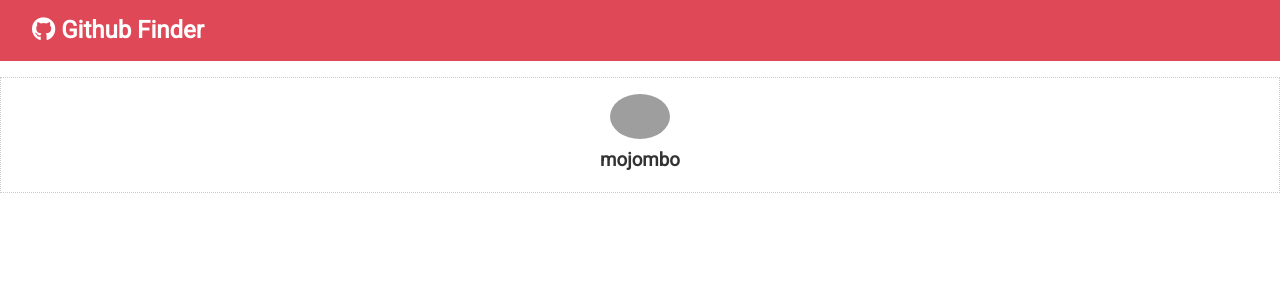
Repository: bafode/github-finder
Page: /
An editor plug-in stored every save of this project. The page is shown before and after the next save, followed by the edit.
The browser window is 1280 px wide. The pictures show the whole page.
Pictures or frames that could not be fetched are drawn as grey boxes. Some web libraries are served in a nearby version. The project was rebuilt for these pictures with package versions that can differ from the ones it lists, and the page was loaded fresh each time.

Above is the page before, as saved 2023-06-16 16:53:03.

### public/index.html
<!DOCTYPE html>
<html lang="en">
  <head>
    <meta charset="utf-8" />
    <link rel="shortcut icon" href="%PUBLIC_URL%/favicon.ico" />
    <meta name="viewport" content="width=device-width, initial-scale=1" />
    <meta name="theme-color" content="#000000" />
    <link rel="manifest" href="%PUBLIC_URL%/manifest.json" />
    <link
      rel="stylesheet"
      href="https://use.fontawesome.com/releases/v5.8.2/css/all.css"
      integrity="sha384-oS3vJWv+0UjzBfQzYUhtDYW+Pj2yciDJxpsK1OYPAYjqT085Qq/1cq5FLXAZQ7Ay"
      crossorigin="anonymous"
    />

    <title>Github Finder</title>
  </head>
  <body>
    <noscript>You need to enable JavaScript to run this app.</noscript>
    <div id="root"></div>
  </body>
</html>

### src/App.js
import React,{Component} from 'react';
import './App.css';
import Navbar from './components/layout/Navbar'
import UserItem from './components/users/UserItem'

class App extends Component {
  render() {

    return (
      <div className="App">
        <Navbar />
        <UserItem/>
      </div>
    );
  }
}

export default App;

### src/components/layout/Navbar.js
import React, { Component } from 'react'
import PropTypes from 'prop-types'

class Navbar extends Component {

    static defaultProps = {
        title: 'Github Finder',
        icon:'fab fa-github'
    }

    static propTypes = {
        title: PropTypes.string.isRequired,
        icon:PropTypes.string.isRequired
    }

    render() {
    const{icon,title}=this.props
    return (
        <nav className='navbar bg-primary'>
            <h1>
                <i className={icon}></i> {title}
            </h1>
      </nav>
    )
  }
}


export default Navbar

### src/components/users/UserItem.js
import React, { Component } from 'react'

class UserItem extends Component {
    constructor() {
        super();
        this.state = {
            id: 1,
            login: "mojombo",
            avatar_url: "https://avatars.githubusercontent.com/u/1?v=4",
            html_url: "https://github.com/mojombo",
        }
    }
  render() {
      const{id,login,avatar_url,html_url}=this.state
    return (
        <div className='card text-center'>
            <img src={avatar_url} alt="" className="round-img" style={{width:'60px'}} />
            <h3>{login}</h3>
      </div>
    )
  }
}

export default UserItem

Loaded but not shown: src/index.js (common file); src/App.css (common file)

After the next save:
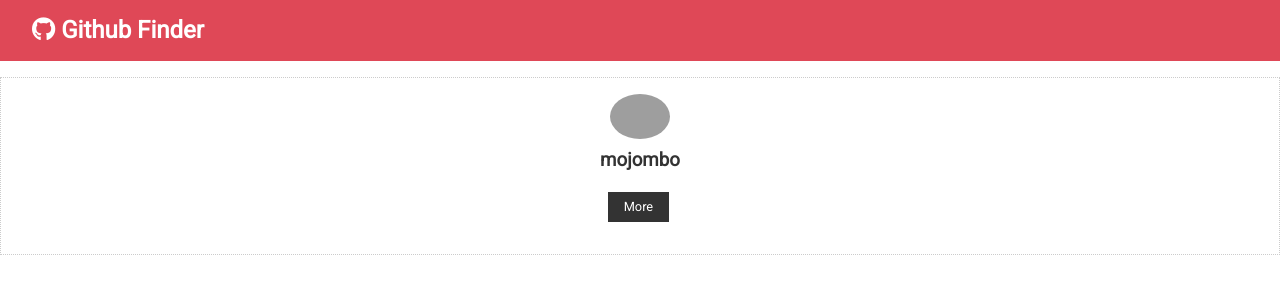
Saved 80 s later.
--- a/src/components/users/UserItem.js
+++ b/src/components/users/UserItem.js
@@ -16,6 +16,9 @@ class UserItem extends Component {
         <div className='card text-center'>
             <img src={avatar_url} alt="" className="round-img" style={{width:'60px'}} />
             <h3>{login}</h3>
+            <div>
+                <a href={html_url} className="btn btn-dark btn-sm my-1">More</a>
+            </div>
       </div>
     )
   }
